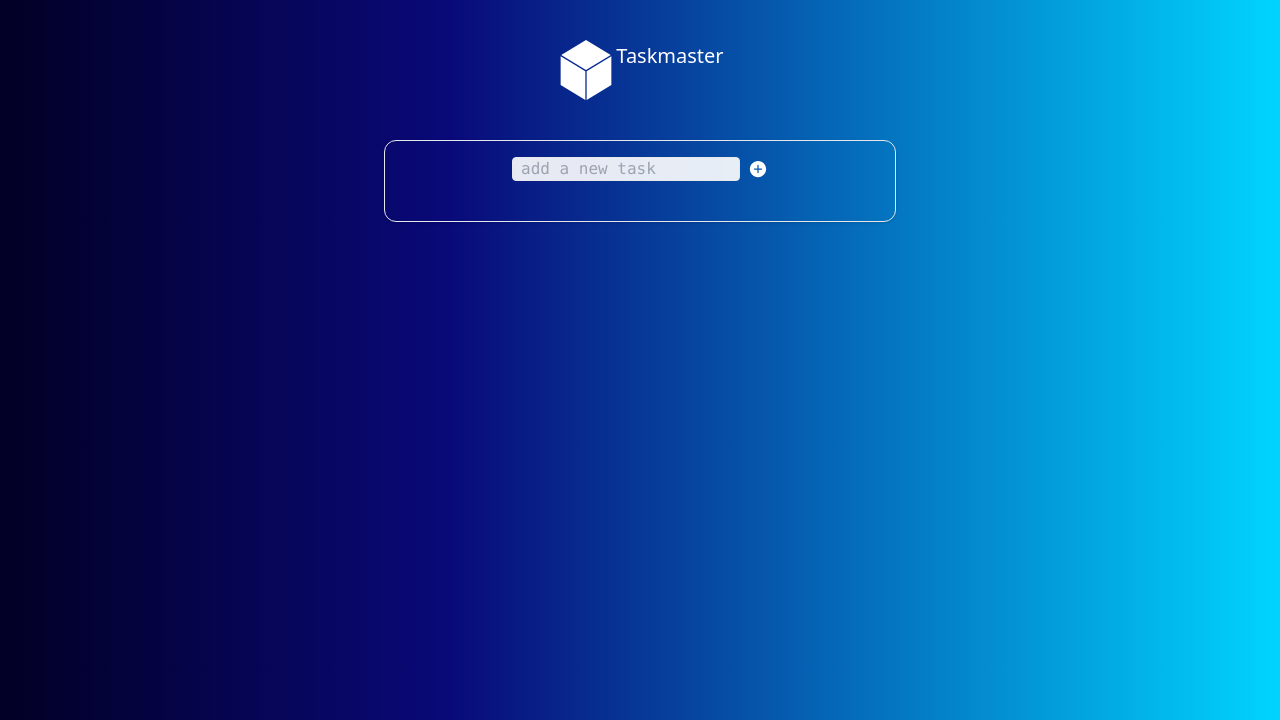
Repository: rubenmatias08/to-do-lbc
Page: / (app in taskmaster/)
These files come from the project's save history. The page is drawn as it stood at one moment and after the next save; the edit follows.
The browser window is 1280 px wide. The pictures show the whole page.
The project was rebuilt for these pictures with package versions that can differ from the ones it lists, and the page was loaded fresh each time. Also part of the build but not shown: taskmaster/vite.config.js.

Above is the page before, as saved 2024-03-27 11:03:08.

After the next save:
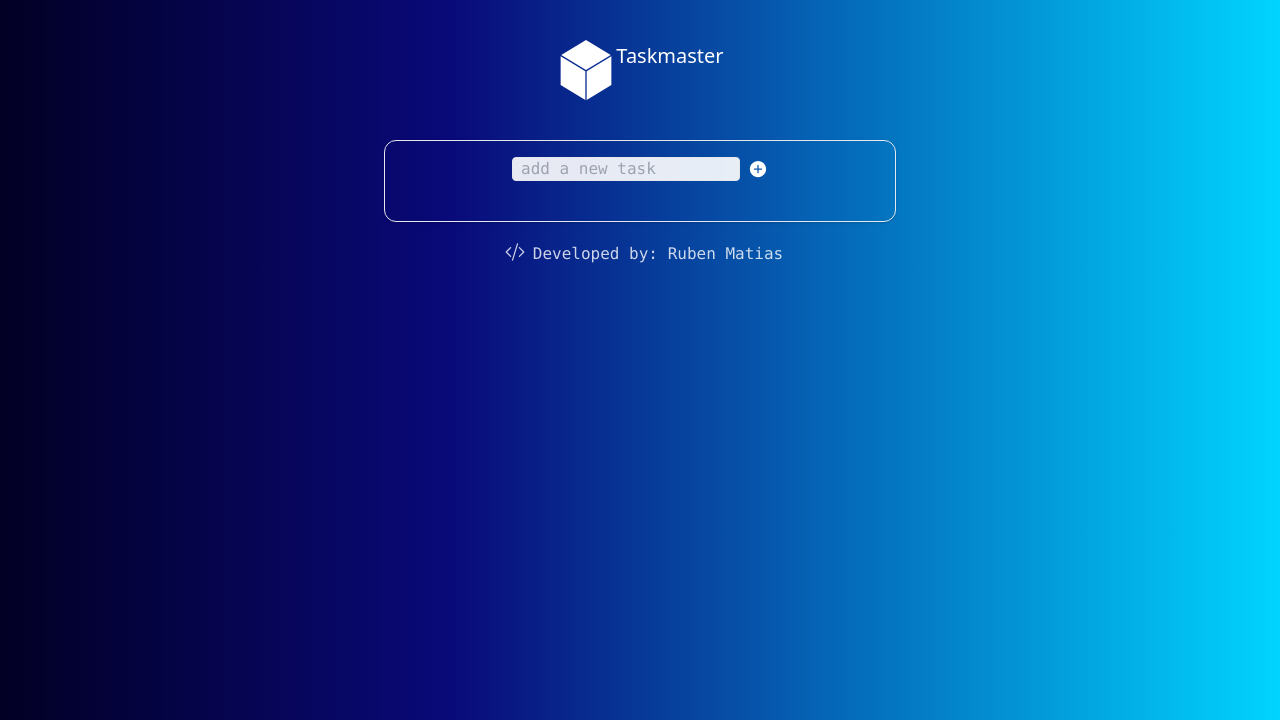
Saved 81 s later.
--- a/taskmaster/src/App.jsx
+++ b/taskmaster/src/App.jsx
@@ -4,6 +4,7 @@ import { IoIosAddCircle } from "react-icons/io";
 import { MdDelete } from "react-icons/md"
 import { HiCheck } from "react-icons/hi";
 import { FaUndo } from "react-icons/fa";
+import { BsCodeSlash } from "react-icons/bs";
 
 function App() {
   const [tasks, setTasks] = useState([]);
@@ -66,6 +67,11 @@ function App() {
           </ul>
       </div>
     </div>
+    <div>
+      <p className="flex justify-center mx-auto mt-5 text-white/80 font-mono">
+        <BsCodeSlash size={20} className="mx-2"/>
+        Developed by: Ruben Matias</p>
+    </div>
     </>
   );
 }
